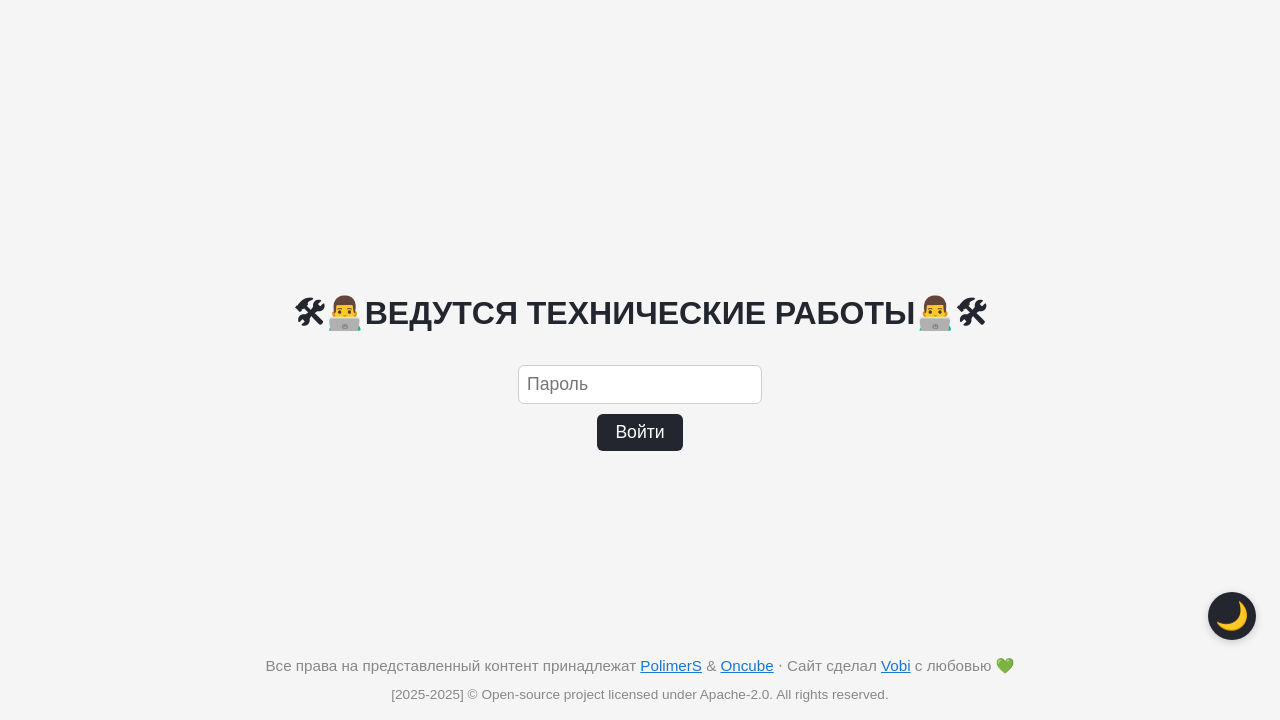
Repository: oncube-dev/OnCube-dev_website
Page: files_for_hosting/html_plus_js.version/index.html
These files come from the project's save history. The page is drawn as it stood at one moment and after the next save; the edit follows.
The browser window is 1280 px wide. The pictures show the whole page.

Above is the page before, as saved 2025-07-28 16:06:47.

### files_for_hosting/html_plus_js.version/index.html
<!DOCTYPE html>
<html lang="ru">
<head>
    <meta charset="UTF-8">
    <title>Полимер, когда видео?</title>
    <link rel="stylesheet" href="style.css">
    <style>
        body { transition: background 0.2s, color 0.2s; }
        #auth-copyright {
            position: absolute;
            left: 0;
            right: 0;
            bottom: 24px;
            text-align: center;
            font-size: 0.85em;
            color: #888;
            width: 100%;
            pointer-events: none;
        }
        .footer-note {
            position: fixed;
            left: 0;
            right: 0;
            bottom: 45px;
            text-align: center;
            font-size: 0.95em;
            color: #888;
            width: 100vw;
            z-index: 101;
            background: none;
            pointer-events: none;
        }
        #auth-copyright {
            position: fixed;
            left: 0;
            right: 0;
            bottom: 18px;
            text-align: center;
            font-size: 0.85em;
            color: #888;
            width: 100vw;
            pointer-events: none;
            z-index: 100;
        }
    </style>
</head>
<body>
    <div id="auth-container" style="display:flex; flex-direction:column; align-items:center; justify-content:center; min-height:100vh; position:relative;">
        <h1>🛠👨‍💻ВЕДУТСЯ ТЕХНИЧЕСКИЕ РАБОТЫ👨‍💻🛠</h1>
        <input type="password" id="password-input" placeholder="Пароль" style="padding:8px; font-size:1.1em; margin-bottom:10px; border-radius:6px; border:1px solid #ccc;">
        <button id="login-btn" style="padding:8px 18px; font-size:1.1em; border-radius:6px; border:none; background:#23262f; color:#fff; cursor:pointer;">Войти</button>
        <div id="auth-error" style="color:#d32f2f; margin-top:10px; display:none;">Неверный пароль!</div>
    </div>
    <div id="main-content" style="display:none;">
        <div class="timer-container">
            <h1>С момента выхода последнего видео PolimerS прошло:</h1>
            <div id="timer">Загрузка...</div>
        </div>
    </div>
    <button id="theme-toggle" class="theme-toggle-btn" title="Переключить тему">🌙</button>
    <footer class="footer-note">
        Все права на представленный контент принадлежат <a href="https://www.youtube.com/@PolimerS" target="_blank" style="text-decoration:underline;">PolimerS</a> & <a href="https://github.com/oncube-dev" target="_blank" style="text-decoration:underline;">Oncube</a> ⋅ Сайт сделал <a href="https://vobi.bio.link/" target="_blank" style="text-decoration:underline;">Vobi</a> с любовью 💚
    </footer>
    <div id="auth-copyright">[2025-2025] © Open-source project licensed under Apache-2.0. All rights reserved.</div>
    <script src="password.js"></script>
    <script>
        const authContainer = document.getElementById('auth-container');
        const mainContent = document.getElementById('main-content');
        const loginBtn = document.getElementById('login-btn');
        const passwordInput = document.getElementById('password-input');
        const authError = document.getElementById('auth-error');
        function loadInfoScript() {
            const s = document.createElement('script');
            s.src = 'info_script.js';
            document.body.appendChild(s);
        }
        function tryLogin() {
            if (typeof AUTH_PASSWORD !== 'undefined' && passwordInput.value === AUTH_PASSWORD) {
                authContainer.style.display = 'none';
                mainContent.style.display = '';
                loadInfoScript();
            } else {
                authError.style.display = 'block';
                passwordInput.value = '';
                passwordInput.focus();
            }
        }
        loginBtn.onclick = tryLogin;
        passwordInput.addEventListener('keydown', function(e) {
            if (e.key === 'Enter') tryLogin();
        });
    </script>
</body>
</html>

### files_for_hosting/html_plus_js.version/style.css
body {
    background: #181a20;
    color: #f1f1f1;
    font-family: Arial, sans-serif;
    margin: 0;
    padding: 0;
    height: 100vh;
    display: flex;
    align-items: center;
    justify-content: center;
}

.timer-container {
    background: #23262f;
    padding: 40px 60px;
    border-radius: 16px;
    box-shadow: 0 4px 24px rgba(0,0,0,0.32);
    text-align: center;
    color: #f1f1f1;
}

.timer-container h1 {
    font-size: 2rem;
    font-weight: bold;
    color: #f1f1f1;
}

#timer {
    font-size: 3.5rem;
    font-weight: bold;
    margin-top: 8px;
    color: #111;
    letter-spacing: 1px;
}

.footer-note {
    font-size: 0.85rem;
    color: #aaa;
    text-align: center;
    position: fixed;
    left: 0;
    width: 100vw;
    bottom: 20px;
    margin: 0;
    z-index: 100;
    box-sizing: border-box;
}

.footer-note a {
    color: #339cff;
    text-decoration: underline;
}

.theme-toggle-btn {
    position: fixed;
    right: 24px;
    bottom: 80px;
    z-index: 200;
    background: #23262f;
    color: #ffe066;
    border: none;
    border-radius: 50%;
    width: 48px;
    height: 48px;
    font-size: 1.7rem;
    cursor: pointer;
    box-shadow: 0 2px 8px rgba(0,0,0,0.18);
    transition: background 0.2s, color 0.2s;
}
.theme-toggle-btn:hover {
    background: #ffe066;
    color: #23262f;
}

body {
    background: #f5f5f5;
    color: #23262f;
}
.timer-container {
    background: #fff;
    color: #23262f;
    box-shadow: 0 4px 24px rgba(0,0,0,0.08);
}
.timer-container h1 {
    color: #23262f;
}
#timer {
    color: #111;
}
.footer-note {
    color: #888;
}
.footer-note a {
    color: #1976d2;
}

body.dark-theme {
    background: #181a20;
    color: #f1f1f1;
}
.dark-theme .timer-container {
    background: #23262f;
    color: #f1f1f1;
    box-shadow: 0 4px 24px rgba(0,0,0,0.32);
}
.dark-theme .timer-container h1 {
    color: #f1f1f1;
}
.dark-theme #timer {
    color: #fff;
}
.dark-theme .footer-note {
    color: #aaa;
}
.dark-theme .footer-note a {
    color: #339cff;
}
.dark-theme .theme-toggle-btn {
    background: #fff;
    color: #23262f;
}
.dark-theme .theme-toggle-btn:hover {
    background: #23262f;
    color: #ffe066;
}

### files_for_hosting/html_plus_js.version/password.js
const AUTH_PASSWORD = 'PS';

After the next save:
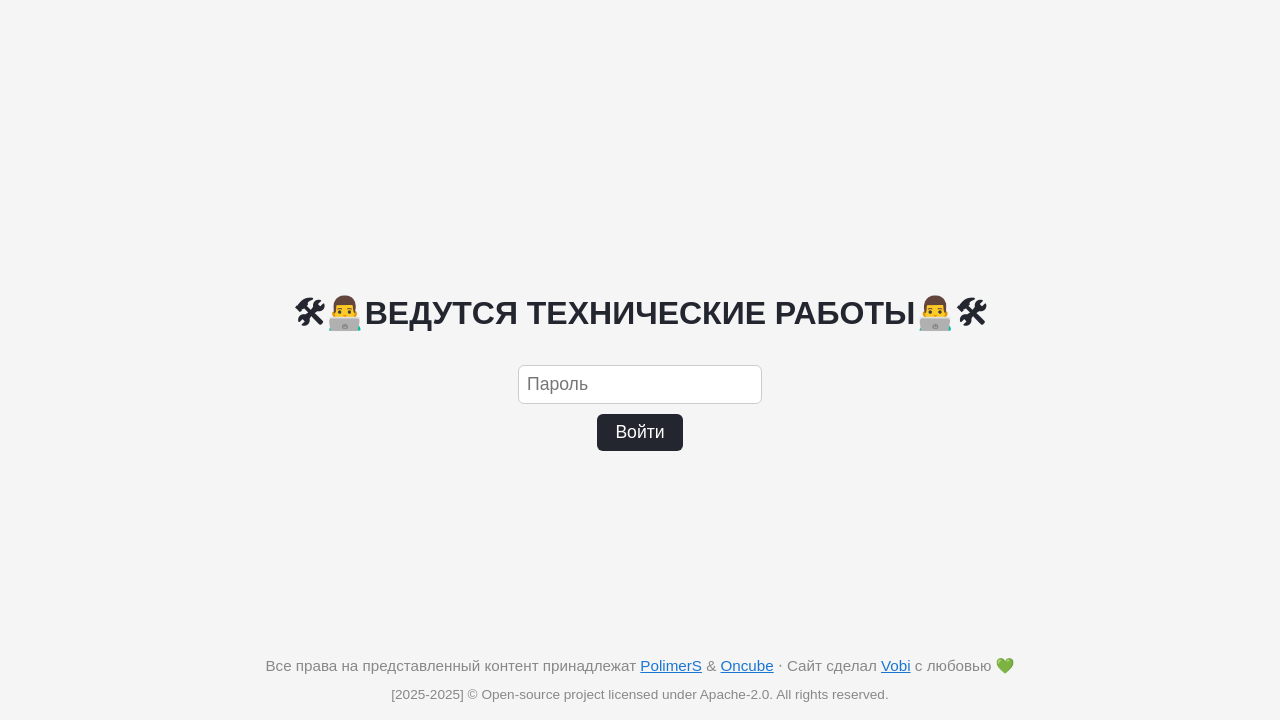
Saved 2 min 41 s later.
--- a/files_for_hosting/html_plus_js.version/index.html
+++ b/files_for_hosting/html_plus_js.version/index.html
@@ -57,7 +57,6 @@
             <div id="timer">Загрузка...</div>
         </div>
     </div>
-    <button id="theme-toggle" class="theme-toggle-btn" title="Переключить тему">🌙</button>
     <footer class="footer-note">
         Все права на представленный контент принадлежат <a href="https://www.youtube.com/@PolimerS" target="_blank" style="text-decoration:underline;">PolimerS</a> & <a href="https://github.com/oncube-dev" target="_blank" style="text-decoration:underline;">Oncube</a> ⋅ Сайт сделал <a href="https://vobi.bio.link/" target="_blank" style="text-decoration:underline;">Vobi</a> с любовью 💚
     </footer>
